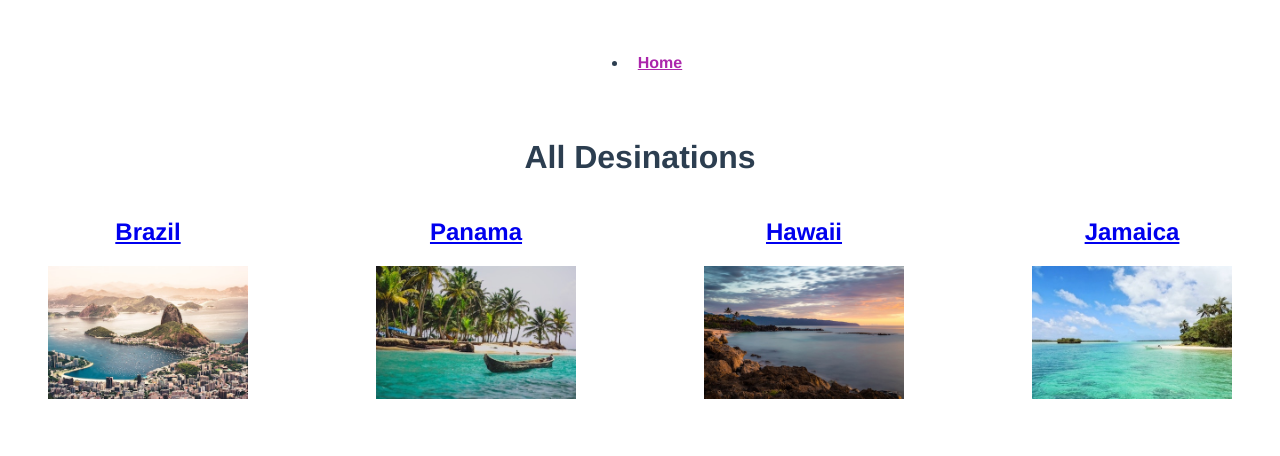
Repository: June-Hall/MiniTravelApp
Page: /
The author's editor kept a copy of each file at every save. The page is drawn from the files as they stood at one save, then again after the next save.
The browser window is 1280 px wide. The pictures show the whole page.
The project was rebuilt for these pictures with package versions that can differ from the ones it lists, and the page was loaded fresh each time. Also part of the build but not shown: vue.config.js.

Above is the page before, as saved 2023-03-30 14:27:04.

### src/App.vue
<template>
  <nav>
    <TheNavigation />
  </nav>
  <router-view />
</template>

<script>
import TheNavigation from "./components/TheNavigation.vue";

export default {
  components: {
    TheNavigation,
  },
};
</script>

<style>
#app {
  font-family: Avenir, Helvetica, Arial, sans-serif;
  -webkit-font-smoothing: antialiased;
  -moz-osx-font-smoothing: grayscale;
  text-align: center;
  color: #2c3e50;
}
</style>

### src/router/index.js
import { createRouter, createWebHashHistory } from "vue-router";
import HomeView from "../views/HomeView.vue";

const routes = [
  {
    path: "/",
    name: "home",
    component: HomeView,
  },
  {
    path: "/about",
    name: "about",
    // route level code-splitting
    // this generates a separate chunk (about.[hash].js) for this route
    // which is lazy-loaded when the route is visited.
    component: () =>
      import(/* webpackChunkName: "about" */ "../views/AboutView.vue"),
  },
  {
    path: "/brazil",
    name: "brazil",
    component: () =>
      import(/* webpackChunkName: "brazil" */ "../views/BrazilView.vue"),
  },
  {
    path: "/hawaii",
    name: "hawaii",
    component: () =>
      import(/* webpackChunkName: "hawaii" */ "../views/HawaiiView.vue"),
  },
  {
    path: "/jamaica",
    name: "jamaica",
    component: () =>
      import(/* webpackChunkName: "jamaica" */ "../views/JamaicaView.vue"),
  },
  {
    path: "/panama",
    name: "panama",
    component: () =>
      import(/* webpackChunkName: "panama" */ "../views/PanamaView.vue"),
  },
  {
    path: "/details/:id",
    name: "DestinationDetails",
    component: () =>
      import(
        /* webpackChunkName: "DestinationDetails" */ "../views/DestinationDetails.vue"
      ),
  },
];

const router = createRouter({
  history: createWebHashHistory(),
  routes,
});

export default router;

### src/components/TheNavigation.vue
<template>
  <nav id="nav">
    <ul class="nav-links">
      <li class="links">
        <router-link to="/"> Home </router-link>
      </li>
    </ul>
  </nav>
</template>

<style scoped>
#nav {
  display: flex;
  justify-content: center;
}

nav {
  padding: 30px;
}

nav a {
  font-weight: bold;
  color: #2c3e50;
  padding: 0 10px;
}

nav a.router-link-exact-active {
  color: #ab26ab;
}
</style>

### src/views/HomeView.vue
<template>
  <div class="home">
    <h1>All Desinations</h1>
    <div class="destinations">
      <div v-for="destination in destinations" :key="destination.name">
        <router-link
          :to="{ name: 'DestinationDetails', params: { id: destination.id } }"
        >
          <h2>{{ destination.name }}</h2>
        </router-link>
        <figure>
          <router-link
            :to="{ name: 'DestinationDetails', params: { id: destination.id } }"
          >
            <img
              :src="require(`@/assets/${destination.image}`)"
              :alt="destination.name"
            />
          </router-link>
        </figure>
      </div>
    </div>
  </div>
</template>

<script>
// @ is an alias to /src
import store from "@/store.js";
export default {
  name: "HomeView",
  components: {},
  data() {
    return {
      destinations: store.destinations,
    };
  },
};
</script>
<style scoped>
.home {
  max-width: 1400px;
  margin: 0 auto;
}

img {
  max-width: 200px;
}

.destinations {
  display: flex;
  justify-content: space-between;
}
</style>

### src/store.js
export default {
  destinations: [
    {
      name: "Brazil",
      slug: "brazil",
      image: "brazil.jpg",
      id: 1,
      description:
        "all about Brazil, suspendisse lobortis pharetra tempor. Cras eleifend ante sed arcu interdum, in bibendum enim ultricies. Integer rutrum quis risus at tempor. Maecenas facilisis, nisi vel pellentesque maximus, lectus felis malesuada purus, a pulvinar elit est quis turpis. Duis convallis purus quis finibus consequat. Pellentesque faucibus tincidunt augue non consequat. Donec fringilla at est sit amet blandit. Nunc at porttitor ligula. Fusce sed odio turpis. Suspendisse lobortis pharetra tempor. Cras eleifend ante sed arcu interdum, in bibendum enim ultricies. Integer rutrum quis risus at tempor. Maecenas facilisis, nisi vel pellentesque maximus, lectus felis malesuada purus, a pulvinar elit est quis turpis. Duis convallis purus quis finibus consequat. Pellentesque faucibus tincidunt augue non consequat. Donec fringilla at est sit amet blandit. Nunc at porttitor ligula. Fusce sed odio turpis.",
      experiences: [
        {
          name: "Iguaçu Falls",
          slug: "iguacu-falls",
          image: "iguacu-falls.jpg",
          description:
            "Suspendisse lobortis pharetra tempor. Cras eleifend ante sed arcu interdum, in bibendum enim ultricies. Integer rutrum quis risus at tempor. Maecenas facilisis, nisi vel pellentesque maximus, lectus felis malesuada purus, a pulvinar elit est quis turpis. Duis convallis purus quis finibus consequat. Pellentesque faucibus tincidunt augue non consequat. Donec fringilla at est sit amet blandit. Nunc at porttitor ligula. Fusce sed odio turpis. Suspendisse lobortis pharetra tempor. Cras eleifend ante sed arcu interdum, in bibendum enim ultricies. Integer rutrum quis risus at tempor. Maecenas facilisis, nisi vel pellentesque maximus, lectus felis malesuada purus, a pulvinar elit est quis turpis. Duis convallis purus quis finibus consequat. Pellentesque faucibus tincidunt augue non consequat. Donec fringilla at est sit amet blandit. Nunc at porttitor ligula. Fusce sed odio turpis.",
        },
        {
          name: "Pão de Açúcar",
          slug: "pao-de-acucar",
          image: "pao-de-acucar.jpg",
          description:
            "Suspendisse lobortis pharetra tempor. Cras eleifend ante sed arcu interdum, in bibendum enim ultricies. Integer rutrum quis risus at tempor. Maecenas facilisis, nisi vel pellentesque maximus, lectus felis malesuada purus, a pulvinar elit est quis turpis. Duis convallis purus quis finibus consequat. Pellentesque faucibus tincidunt augue non consequat. Donec fringilla at est sit amet blandit. Nunc at porttitor ligula. Fusce sed odio turpis. Suspendisse lobortis pharetra tempor. Cras eleifend ante sed arcu interdum, in bibendum enim ultricies. Integer rutrum quis risus at tempor. Maecenas facilisis, nisi vel pellentesque maximus, lectus felis malesuada purus, a pulvinar elit est quis turpis. Duis convallis purus quis finibus consequat. Pellentesque faucibus tincidunt augue non consequat. Donec fringilla at est sit amet blandit. Nunc at porttitor ligula. Fusce sed odio turpis.",
        },
        {
          name: "Sao Paulo",
          slug: "sao-paulo",
          image: "sao-paulo.jpg",
          description:
            "Suspendisse lobortis pharetra tempor. Cras eleifend ante sed arcu interdum, in bibendum enim ultricies. Integer rutrum quis risus at tempor. Maecenas facilisis, nisi vel pellentesque maximus, lectus felis malesuada purus, a pulvinar elit est quis turpis. Duis convallis purus quis finibus consequat. Pellentesque faucibus tincidunt augue non consequat. Donec fringilla at est sit amet blandit. Nunc at porttitor ligula. Fusce sed odio turpis. Suspendisse lobortis pharetra tempor. Cras eleifend ante sed arcu interdum, in bibendum enim ultricies. Integer rutrum quis risus at tempor. Maecenas facilisis, nisi vel pellentesque maximus, lectus felis malesuada purus, a pulvinar elit est quis turpis. Duis convallis purus quis finibus consequat. Pellentesque faucibus tincidunt augue non consequat. Donec fringilla at est sit amet blandit. Nunc at porttitor ligula. Fusce sed odio turpis.",
        },
        {
          name: "Salvador",
          slug: "salvador",
          image: "salvador.jpg",
          description:
            "Suspendisse lobortis pharetra tempor. Cras eleifend ante sed arcu interdum, in bibendum enim ultricies. Integer rutrum quis risus at tempor. Maecenas facilisis, nisi vel pellentesque maximus, lectus felis malesuada purus, a pulvinar elit est quis turpis. Duis convallis purus quis finibus consequat. Pellentesque faucibus tincidunt augue non consequat. Donec fringilla at est sit amet blandit. Nunc at porttitor ligula. Fusce sed odio turpis. Suspendisse lobortis pharetra tempor. Cras eleifend ante sed arcu interdum, in bibendum enim ultricies. Integer rutrum quis risus at tempor. Maecenas facilisis, nisi vel pellentesque maximus, lectus felis malesuada purus, a pulvinar elit est quis turpis. Duis convallis purus quis finibus consequat. Pellentesque faucibus tincidunt augue non consequat. Donec fringilla at est sit amet blandit. Nunc at porttitor ligula. Fusce sed odio turpis.",
        },
      ],
    },
    {
      name: "Panama",
      slug: "panama",
      image: "panama.jpg",
      id: 2,
      description:
        "all about panama. Nam fermentum, leo ac lobortis tincidunt, justo felis semper nisi, sed facilisis quam ante a justo. Nam pulvinar nibh nec mi vestibulum cursus quis eget orci. Aenean faucibus faucibus ex, a imperdiet nibh luctus faucibus. Mauris porttitor, velit ac eleifend mattis, sem justo accumsan odio, ut mattis nulla nulla eu nibh. Cras justo risus, sollicitudin eget nulla a, consequat convallis tortor. Fusce eget neque metus. Class aptent taciti sociosqu ad litora torquent per conubia nostra, per inceptos himenaeos. Nulla facilisi. Sed aliquam nunc id lectus sagittis, ac elementum eros egestas. Aliquam sed tempor dui.",
      experiences: [
        {
          name: "Panama City",
          slug: "panama-city",
          image: "panama-city.jpg",
          description:
            "Suspendisse lobortis pharetra tempor. Cras eleifend ante sed arcu interdum, in bibendum enim ultricies. Integer rutrum quis risus at tempor. Maecenas facilisis, nisi vel pellentesque maximus, lectus felis malesuada purus, a pulvinar elit est quis turpis. Duis convallis purus quis finibus consequat. Pellentesque faucibus tincidunt augue non consequat. Donec fringilla at est sit amet blandit. Nunc at porttitor ligula. Fusce sed odio turpis. Suspendisse lobortis pharetra tempor. Cras eleifend ante sed arcu interdum, in bibendum enim ultricies. Integer rutrum quis risus at tempor. Maecenas facilisis, nisi vel pellentesque maximus, lectus felis malesuada purus, a pulvinar elit est quis turpis. Duis convallis purus quis finibus consequat. Pellentesque faucibus tincidunt augue non consequat. Donec fringilla at est sit amet blandit. Nunc at porttitor ligula. Fusce sed odio turpis.",
        },
        {
          name: "Panama Canal",
          slug: "panama-canal",
          image: "panama-canal.jpg",
          description:
            "Suspendisse lobortis pharetra tempor. Cras eleifend ante sed arcu interdum, in bibendum enim ultricies. Integer rutrum quis risus at tempor. Maecenas facilisis, nisi vel pellentesque maximus, lectus felis malesuada purus, a pulvinar elit est quis turpis. Duis convallis purus quis finibus consequat. Pellentesque faucibus tincidunt augue non consequat. Donec fringilla at est sit amet blandit. Nunc at porttitor ligula. Fusce sed odio turpis. Suspendisse lobortis pharetra tempor. Cras eleifend ante sed arcu interdum, in bibendum enim ultricies. Integer rutrum quis risus at tempor. Maecenas facilisis, nisi vel pellentesque maximus, lectus felis malesuada purus, a pulvinar elit est quis turpis. Duis convallis purus quis finibus consequat. Pellentesque faucibus tincidunt augue non consequat. Donec fringilla at est sit amet blandit. Nunc at porttitor ligula. Fusce sed odio turpis.",
        },
        {
          name: "Bocas del Toro",
          slug: "bocas-del-toro",
          image: "bocas-del-toro.jpg",
          description:
            "Suspendisse lobortis pharetra tempor. Cras eleifend ante sed arcu interdum, in bibendum enim ultricies. Integer rutrum quis risus at tempor. Maecenas facilisis, nisi vel pellentesque maximus, lectus felis malesuada purus, a pulvinar elit est quis turpis. Duis convallis purus quis finibus consequat. Pellentesque faucibus tincidunt augue non consequat. Donec fringilla at est sit amet blandit. Nunc at porttitor ligula. Fusce sed odio turpis. Suspendisse lobortis pharetra tempor. Cras eleifend ante sed arcu interdum, in bibendum enim ultricies. Integer rutrum quis risus at tempor. Maecenas facilisis, nisi vel pellentesque maximus, lectus felis malesuada purus, a pulvinar elit est quis turpis. Duis convallis purus quis finibus consequat. Pellentesque faucibus tincidunt augue non consequat. Donec fringilla at est sit amet blandit. Nunc at porttitor ligula. Fusce sed odio turpis.",
        },
        {
          name: "Santa Catalina",
          slug: "santa-catalina",
          image: "santa-catalina.jpg",
          description:
            "Suspendisse lobortis pharetra tempor. Cras eleifend ante sed arcu interdum, in bibendum enim ultricies. Integer rutrum quis risus at tempor. Maecenas facilisis, nisi vel pellentesque maximus, lectus felis malesuada purus, a pulvinar elit est quis turpis. Duis convallis purus quis finibus consequat. Pellentesque faucibus tincidunt augue non consequat. Donec fringilla at est sit amet blandit. Nunc at porttitor ligula. Fusce sed odio turpis. Suspendisse lobortis pharetra tempor. Cras eleifend ante sed arcu interdum, in bibendum enim ultricies. Integer rutrum quis risus at tempor. Maecenas facilisis, nisi vel pellentesque maximus, lectus felis malesuada purus, a pulvinar elit est quis turpis. Duis convallis purus quis finibus consequat. Pellentesque faucibus tincidunt augue non consequat. Donec fringilla at est sit amet blandit. Nunc at porttitor ligula. Fusce sed odio turpis.",
        },
      ],
    },
    {
      name: "Hawaii",
      slug: "hawaii",
      image: "hawaii.jpg",
      id: 3,
      description:
        "all about hawaii. Etiam iaculis, ex in semper fringilla, lorem augue maximus lorem, in aliquet ex massa non enim. Maecenas pharetra orci eu semper pharetra. Suspendisse vel elit semper, fringilla metus ac, pulvinar justo. Vestibulum nibh lacus, pellentesque non arcu vel, efficitur eleifend lorem. Duis ultrices bibendum orci, nec laoreet elit. In vulputate massa vel massa cursus gravida. Aliquam sed lacus pulvinar, imperdiet risus at, lacinia dolor. Maecenas pellentesque arcu mattis iaculis efficitur. Maecenas quis sem pulvinar, sodales neque eget, efficitur odio.",
      experiences: [
        {
          name: "Na Pali Coast",
          slug: "na-pali-coast",
          image: "na-pali-coast.jpg",
          description:
            "Suspendisse lobortis pharetra tempor. Cras eleifend ante sed arcu interdum, in bibendum enim ultricies. Integer rutrum quis risus at tempor. Maecenas facilisis, nisi vel pellentesque maximus, lectus felis malesuada purus, a pulvinar elit est quis turpis. Duis convallis purus quis finibus consequat. Pellentesque faucibus tincidunt augue non consequat. Donec fringilla at est sit amet blandit. Nunc at porttitor ligula. Fusce sed odio turpis. Suspendisse lobortis pharetra tempor. Cras eleifend ante sed arcu interdum, in bibendum enim ultricies. Integer rutrum quis risus at tempor. Maecenas facilisis, nisi vel pellentesque maximus, lectus felis malesuada purus, a pulvinar elit est quis turpis. Duis convallis purus quis finibus consequat. Pellentesque faucibus tincidunt augue non consequat. Donec fringilla at est sit amet blandit. Nunc at porttitor ligula. Fusce sed odio turpis.",
        },
        {
          name: "O'Ahu's North Shore",
          slug: "ohaus-north-shore",
          image: "ohaus-north-shore.jpg",
          description:
            "Suspendisse lobortis pharetra tempor. Cras eleifend ante sed arcu interdum, in bibendum enim ultricies. Integer rutrum quis risus at tempor. Maecenas facilisis, nisi vel pellentesque maximus, lectus felis malesuada purus, a pulvinar elit est quis turpis. Duis convallis purus quis finibus consequat. Pellentesque faucibus tincidunt augue non consequat. Donec fringilla at est sit amet blandit. Nunc at porttitor ligula. Fusce sed odio turpis. Suspendisse lobortis pharetra tempor. Cras eleifend ante sed arcu interdum, in bibendum enim ultricies. Integer rutrum quis risus at tempor. Maecenas facilisis, nisi vel pellentesque maximus, lectus felis malesuada purus, a pulvinar elit est quis turpis. Duis convallis purus quis finibus consequat. Pellentesque faucibus tincidunt augue non consequat. Donec fringilla at est sit amet blandit. Nunc at porttitor ligula. Fusce sed odio turpis.",
        },
        {
          name: "Waikiki Beach",
          slug: "waikiki-beach",
          image: "waikiki-beach.jpg",
          description:
            "Suspendisse lobortis pharetra tempor. Cras eleifend ante sed arcu interdum, in bibendum enim ultricies. Integer rutrum quis risus at tempor. Maecenas facilisis, nisi vel pellentesque maximus, lectus felis malesuada purus, a pulvinar elit est quis turpis. Duis convallis purus quis finibus consequat. Pellentesque faucibus tincidunt augue non consequat. Donec fringilla at est sit amet blandit. Nunc at porttitor ligula. Fusce sed odio turpis. Suspendisse lobortis pharetra tempor. Cras eleifend ante sed arcu interdum, in bibendum enim ultricies. Integer rutrum quis risus at tempor. Maecenas facilisis, nisi vel pellentesque maximus, lectus felis malesuada purus, a pulvinar elit est quis turpis. Duis convallis purus quis finibus consequat. Pellentesque faucibus tincidunt augue non consequat. Donec fringilla at est sit amet blandit. Nunc at porttitor ligula. Fusce sed odio turpis.",
        },
        {
          name: "Kilauea Volcano",
          slug: "kilauea-volcano",
          image: "kilauea-volcano.jpg",
          description:
            "Suspendisse lobortis pharetra tempor. Cras eleifend ante sed arcu interdum, in bibendum enim ultricies. Integer rutrum quis risus at tempor. Maecenas facilisis, nisi vel pellentesque maximus, lectus felis malesuada purus, a pulvinar elit est quis turpis. Duis convallis purus quis finibus consequat. Pellentesque faucibus tincidunt augue non consequat. Donec fringilla at est sit amet blandit. Nunc at porttitor ligula. Fusce sed odio turpis. Suspendisse lobortis pharetra tempor. Cras eleifend ante sed arcu interdum, in bibendum enim ultricies. Integer rutrum quis risus at tempor. Maecenas facilisis, nisi vel pellentesque maximus, lectus felis malesuada purus, a pulvinar elit est quis turpis. Duis convallis purus quis finibus consequat. Pellentesque faucibus tincidunt augue non consequat. Donec fringilla at est sit amet blandit. Nunc at porttitor ligula. Fusce sed odio turpis.",
        },
      ],
    },
    {
      name: "Jamaica",
      slug: "jamaica",
      image: "jamaica.jpg",
      id: 4,
      description:
        "all about jamaica. Suspendisse lobortis pharetra tempor. Cras eleifend ante sed arcu interdum, in bibendum enim ultricies. Integer rutrum quis risus at tempor. Maecenas facilisis, nisi vel pellentesque maximus, lectus felis malesuada purus, a pulvinar elit est quis turpis. Duis convallis purus quis finibus consequat. Pellentesque faucibus tincidunt augue non consequat. Donec fringilla at est sit amet blandit. Nunc at porttitor ligula. Fusce sed odio turpis.",
      experiences: [
        {
          name: "Tower Isle",
          slug: "tower-isle",
          image: "tower-isle.jpg",
          description:
            "Suspendisse lobortis pharetra tempor. Cras eleifend ante sed arcu interdum, in bibendum enim ultricies. Integer rutrum quis risus at tempor. Maecenas facilisis, nisi vel pellentesque maximus, lectus felis malesuada purus, a pulvinar elit est quis turpis. Duis convallis purus quis finibus consequat. Pellentesque faucibus tincidunt augue non consequat. Donec fringilla at est sit amet blandit. Nunc at porttitor ligula. Fusce sed odio turpis. Suspendisse lobortis pharetra tempor. Cras eleifend ante sed arcu interdum, in bibendum enim ultricies. Integer rutrum quis risus at tempor. Maecenas facilisis, nisi vel pellentesque maximus, lectus felis malesuada purus, a pulvinar elit est quis turpis. Duis convallis purus quis finibus consequat. Pellentesque faucibus tincidunt augue non consequat. Donec fringilla at est sit amet blandit. Nunc at porttitor ligula. Fusce sed odio turpis.",
        },
        {
          name: "Blue Mountain",
          slug: "blue-mountain",
          image: "blue-mountain.jpg",
          description:
            "Suspendisse lobortis pharetra tempor. Cras eleifend ante sed arcu interdum, in bibendum enim ultricies. Integer rutrum quis risus at tempor. Maecenas facilisis, nisi vel pellentesque maximus, lectus felis malesuada purus, a pulvinar elit est quis turpis. Duis convallis purus quis finibus consequat. Pellentesque faucibus tincidunt augue non consequat. Donec fringilla at est sit amet blandit. Nunc at porttitor ligula. Fusce sed odio turpis. Suspendisse lobortis pharetra tempor. Cras eleifend ante sed arcu interdum, in bibendum enim ultricies. Integer rutrum quis risus at tempor. Maecenas facilisis, nisi vel pellentesque maximus, lectus felis malesuada purus, a pulvinar elit est quis turpis. Duis convallis purus quis finibus consequat. Pellentesque faucibus tincidunt augue non consequat. Donec fringilla at est sit amet blandit. Nunc at porttitor ligula. Fusce sed odio turpis.",
        },
        {
          name: "Montego Bay",
          slug: "montego-bay",
          image: "montego-bay.jpg",
          description:
            "Suspendisse lobortis pharetra tempor. Cras eleifend ante sed arcu interdum, in bibendum enim ultricies. Integer rutrum quis risus at tempor. Maecenas facilisis, nisi vel pellentesque maximus, lectus felis malesuada purus, a pulvinar elit est quis turpis. Duis convallis purus quis finibus consequat. Pellentesque faucibus tincidunt augue non consequat. Donec fringilla at est sit amet blandit. Nunc at porttitor ligula. Fusce sed odio turpis. Suspendisse lobortis pharetra tempor. Cras eleifend ante sed arcu interdum, in bibendum enim ultricies. Integer rutrum quis risus at tempor. Maecenas facilisis, nisi vel pellentesque maximus, lectus felis malesuada purus, a pulvinar elit est quis turpis. Duis convallis purus quis finibus consequat. Pellentesque faucibus tincidunt augue non consequat. Donec fringilla at est sit amet blandit. Nunc at porttitor ligula. Fusce sed odio turpis.",
        },
        {
          name: "Port Antonio",
          slug: "port-antonio",
          image: "port-antonio.jpg",
          description:
            "Suspendisse lobortis pharetra tempor. Cras eleifend ante sed arcu interdum, in bibendum enim ultricies. Integer rutrum quis risus at tempor. Maecenas facilisis, nisi vel pellentesque maximus, lectus felis malesuada purus, a pulvinar elit est quis turpis. Duis convallis purus quis finibus consequat. Pellentesque faucibus tincidunt augue non consequat. Donec fringilla at est sit amet blandit. Nunc at porttitor ligula. Fusce sed odio turpis. Suspendisse lobortis pharetra tempor. Cras eleifend ante sed arcu interdum, in bibendum enim ultricies. Integer rutrum quis risus at tempor. Maecenas facilisis, nisi vel pellentesque maximus, lectus felis malesuada purus, a pulvinar elit est quis turpis. Duis convallis purus quis finibus consequat. Pellentesque faucibus tincidunt augue non consequat. Donec fringilla at est sit amet blandit. Nunc at porttitor ligula. Fusce sed odio turpis.",
        },
      ],
    },
  ],
};

Loaded but not shown: public/index.html (common file); src/main.js (common file)

After the next save:
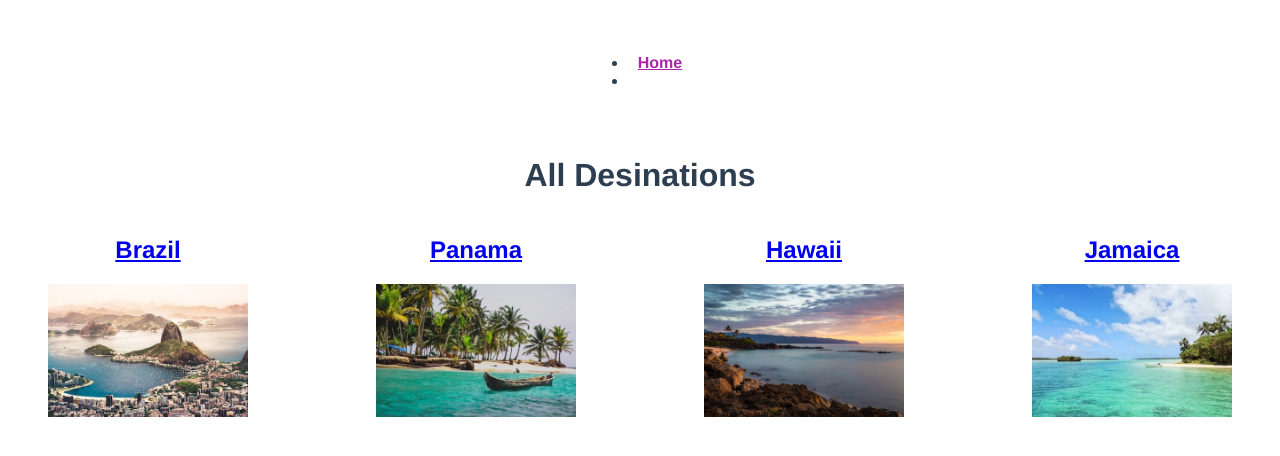
Saved 9 s later.
--- a/src/components/TheNavigation.vue
+++ b/src/components/TheNavigation.vue
@@ -3,6 +3,9 @@
     <ul class="nav-links">
       <li class="links">
         <router-link to="/"> Home </router-link>
+      </li>
+      <li>
+
       </li>
     </ul>
   </nav>
